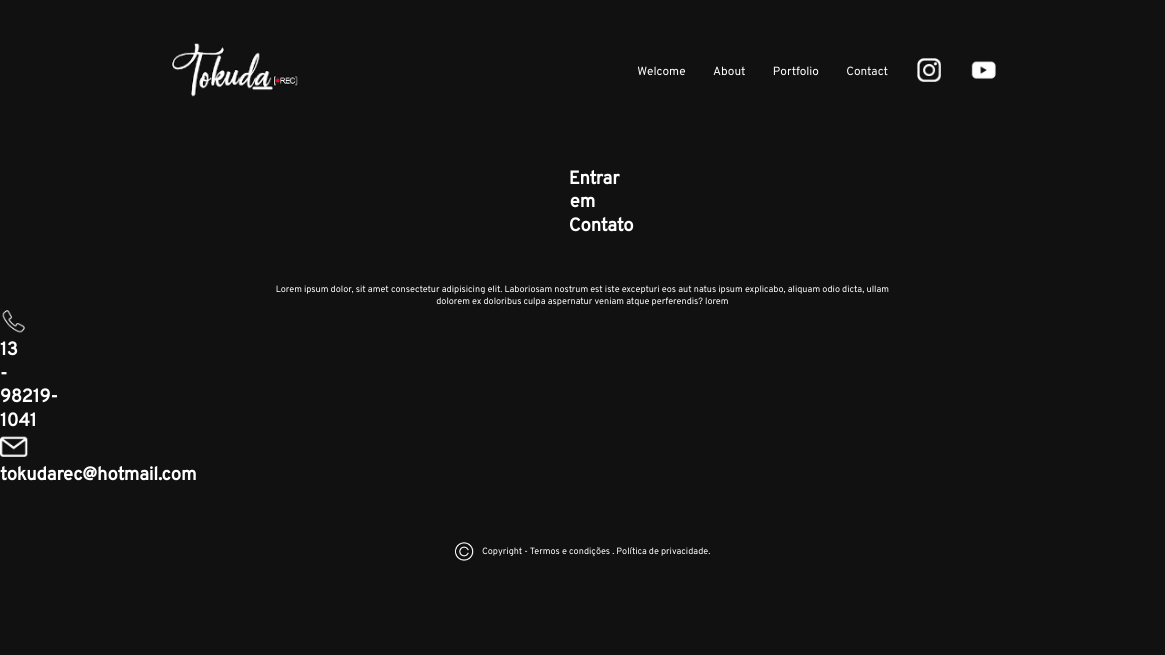
Repository: Lucasbeze/Project-FilmMaker
Page: projeto-alex/pages/contact.html
These files come from the project's save history. The page is drawn as it stood at one moment and after a run of saves; the edit follows.
The browser window is 1280 px wide. The pictures show the whole page, at 91% of full size.

Above is the page before, as saved 2022-08-26 16:17:11.

### projeto-alex/pages/contact.html
<!DOCTYPE html>
<html lang="pt-br">
<head>
  <meta charset="UTF-8">
  <meta http-equiv="X-UA-Compatible" content="IE=edge">
  <meta name="viewport" content="width=device-width, initial-scale=1.0">
  <title>Contact</title>
  <link rel="stylesheet" href="/css/contact.css">
  <link rel="shortcut icon" href="../imagens/faviconlogo.png" type="image/x-icon">
</head>
<body>
  <header>
    <a href="/"><img src="../imagens/logonovo.png" alt="logo-alextokuda"></a>
    <nav>
      <a href="/">Welcome</a>
      <a href="/about">About</a>
      <a href="/portfolio">Portfolio</a>
      <a href="/contact">Contact</a>
      <a href="https://www.instagram.com/" target="_blank"><img src="../imagens/instagram.png" alt="icon-instagram"></a>
      <a href="https://www.youtube.com/" target="_blank"><img src="../imagens/youtube.png" alt="icon-youtube"></a>
    </nav>
  </header>
  <main>
    <div class="legend">
      <h1>Entrar em Contato</h1>
      <p>Lorem ipsum dolor, sit amet consectetur adipisicing elit. Laboriosam nostrum est iste excepturi eos aut natus ipsum explicabo, aliquam odio dicta, ullam dolorem ex doloribus culpa aspernatur veniam atque perferendis? lorem</p>
    </div>
    <div class="tel">
      <img src="../imagens/telefone (1).png" alt="icon-telefone">
      <h1>13 - 98219-1041</h1>
    </div>
    <div class="email">
      <img src="../imagens/o-email.png" alt="">
      <h1>tokudarec@hotmail.com</h1>
    </div>
  </main>
  <footer>
    <img src="../imagens/copyright.png" alt="copyright-icon">
    <p>Copyright - Termos e condições . Política de privacidade. </p>
  </footer>

### projeto-alex/css/contact.css
@import url('https://fonts.googleapis.com/css2?family=Overpass&display=swap');

*{
  margin:0;
  padding:0;
  box-sizing:border-box;
}
:root {
  --main-bg-color:#111111;
  --text-color:#FFFFFF;
  --ff-text:'Overpass', sans-serif;
  --color-button: #D9D9D9;
  --color-butttonh:#afafaf ;
  font-size: 62.5%;
}
body{
  background-color:var(--main-bg-color);
  font-family:'Overpass', sans-serif;;
}
header{
  margin-top: 4.4rem;
  display: flex;
  align-items: center;
  justify-content: space-around;

}
header nav{
  font-size: 1.3rem;
  display: flex;
  align-items:center;
  gap: 30px;
}
header nav a {
  text-decoration: none;
  color:var(--text-color);
}
header nav img {
  width: 30px;
}
main .legend{
  color: var(--text-color);
  margin-top: 7rem;
  display: flex;
  text-align: center;
  flex-direction: column;
  align-items: center;
  gap: 5rem;
}
.legend h1 {
  font-size: 2rem;
}
.legend p {
  margin: 0 30rem;
  font-size:1rem;
}
main .tel img,h1{
  color: var(--text-color);
  width: 30px;
}
main .email img,h1 {
  width:30px;
}
footer{
  margin-top: 6rem;
  display:flex;
  align-items: center;
  justify-content: center;
  align-content: center;
  gap: 1rem;
  color: var(--text-color);
}
footer img{
  width:20px;
}

After the next 2 saves:
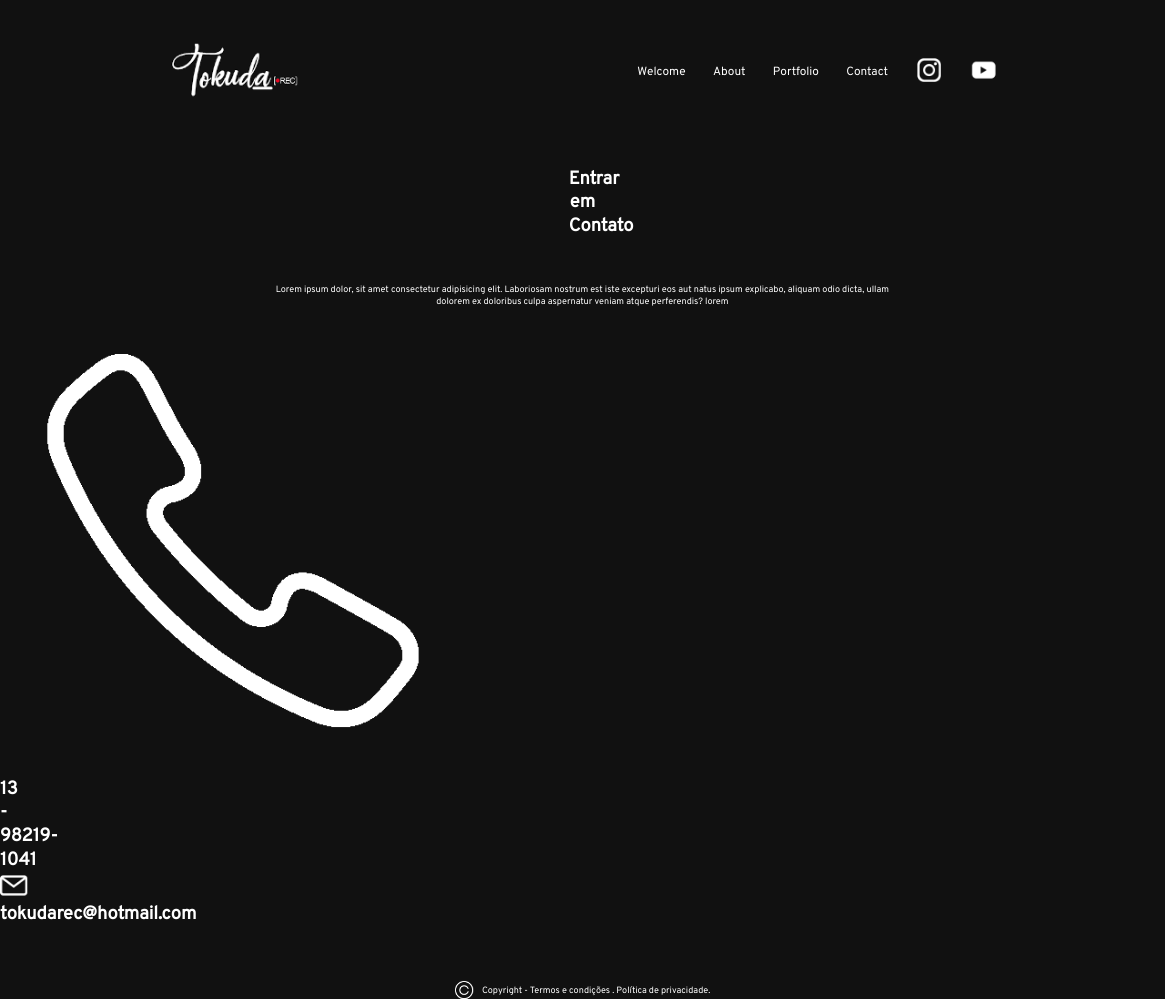
The 2 saves are shown as one change because they came seconds apart.
The last was saved 26 s later.
--- a/projeto-alex/css/contact.css
+++ b/projeto-alex/css/contact.css
@@ -53,7 +53,7 @@
   margin: 0 30rem;
   font-size:1rem;
 }
-main .tel img,h1{
+main .tel .email img,h1{
   color: var(--text-color);
   width: 30px;
 }

After the save that followed:
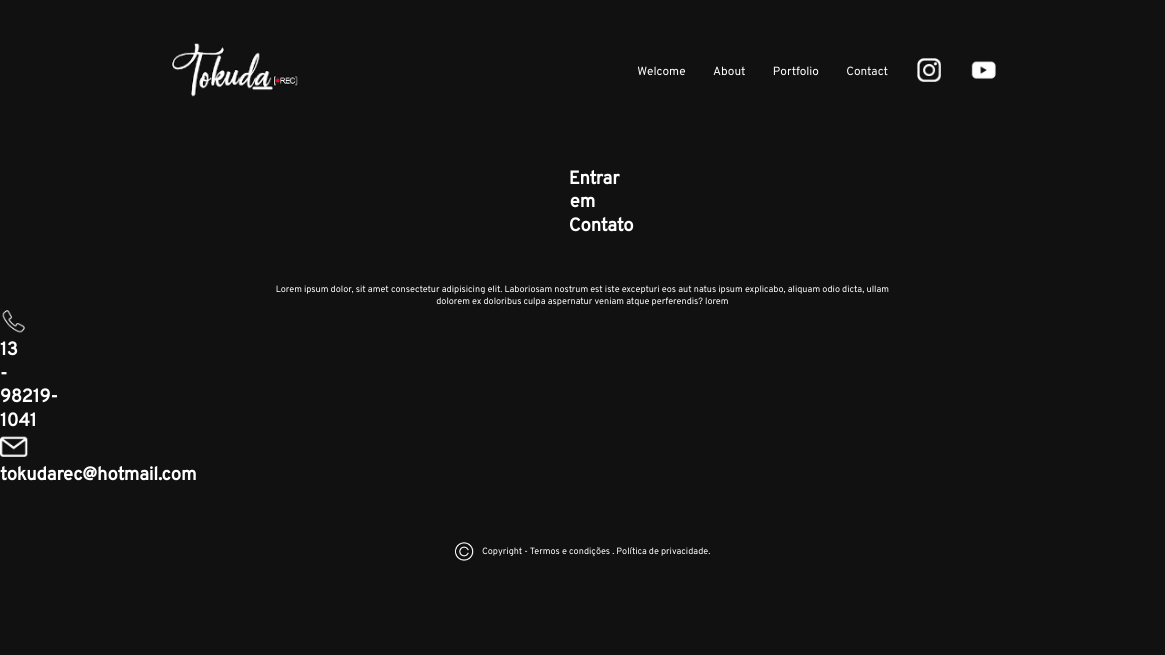
Saved 7 s later.
--- a/projeto-alex/css/contact.css
+++ b/projeto-alex/css/contact.css
@@ -53,7 +53,7 @@
   margin: 0 30rem;
   font-size:1rem;
 }
-main .tel .email img,h1{
+main .tel img,h1{
   color: var(--text-color);
   width: 30px;
 }
